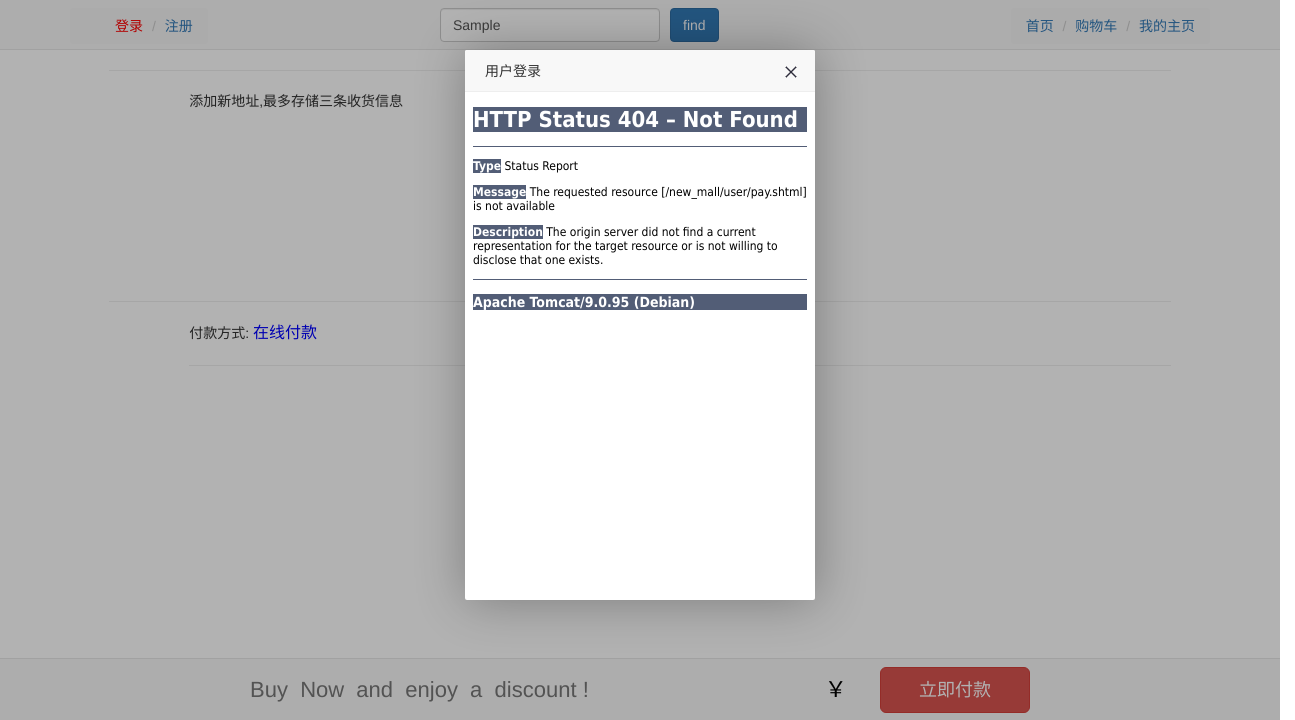
Repository: gaoKuoZqq/ExerciseJavaWebProject
Page: http://localhost/new_mall/WEB-INF/jsp/order.jsp
An editor plug-in stored every save of this project. The page is shown before and after the next save, followed by the edit.
The browser window is 1280 px wide. The page is 1295 px wide, so the pictures cover 1295 px, including what lies to the right of the window. The pictures show the whole page.
Empty fields were first filled with sample values (such as "Sample", 5 or name@example.com).
After loading, the first visible `button.btn` was clicked once.
The page is served by Tomcat 9. Nobody is signed in. The template is opened directly, without the code that normally fills it, so the values that code supplies are empty.

Above is the page before, as saved 2017-10-21 07:42:54.

After the next save:
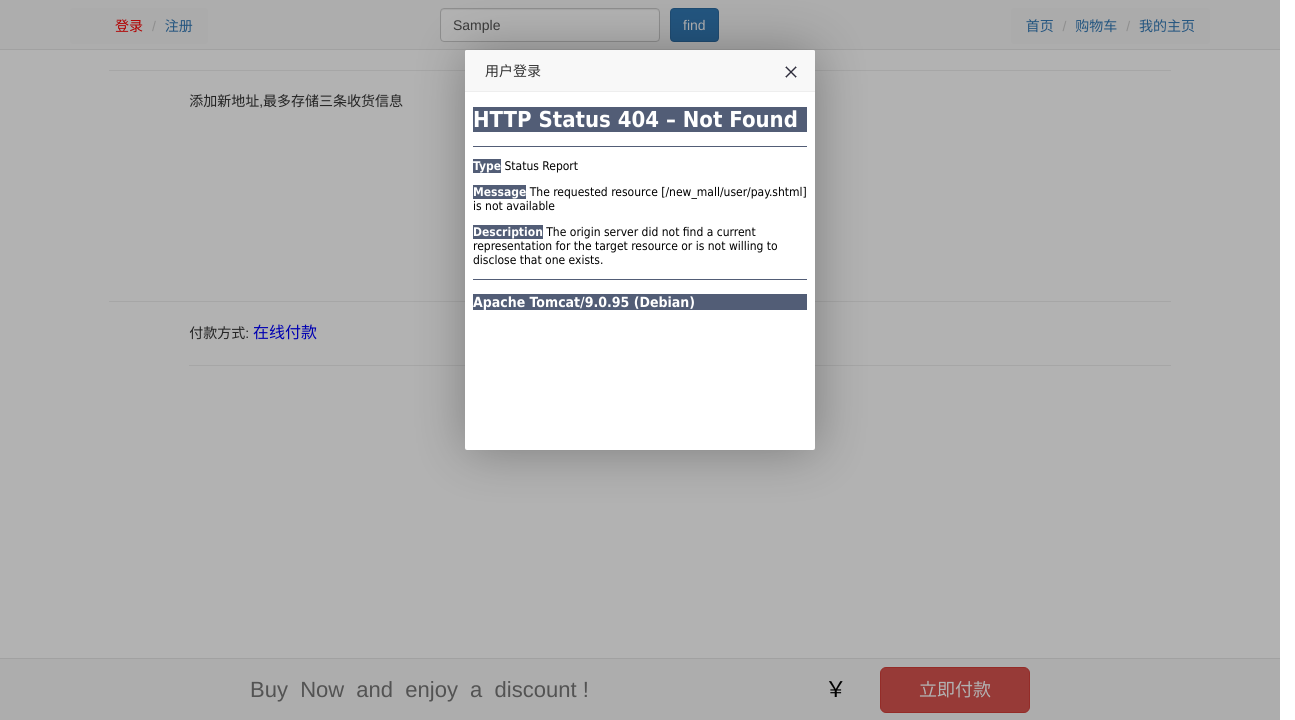
Saved 18 s later.
--- a/new_mall/WebContent/WEB-INF/jsp/order.jsp
+++ b/new_mall/WebContent/WEB-INF/jsp/order.jsp
@@ -94,7 +94,7 @@
         layer.open({
             type:2,//（iframe层）
             title:'用户登录',
-            area: ['350px', '550px'],
+            area: ['350px', '400px'],
             offset: '50px',//只定义top坐标，水平保持居中
             content:"${ctx}/user/pay.shtml"
         });
